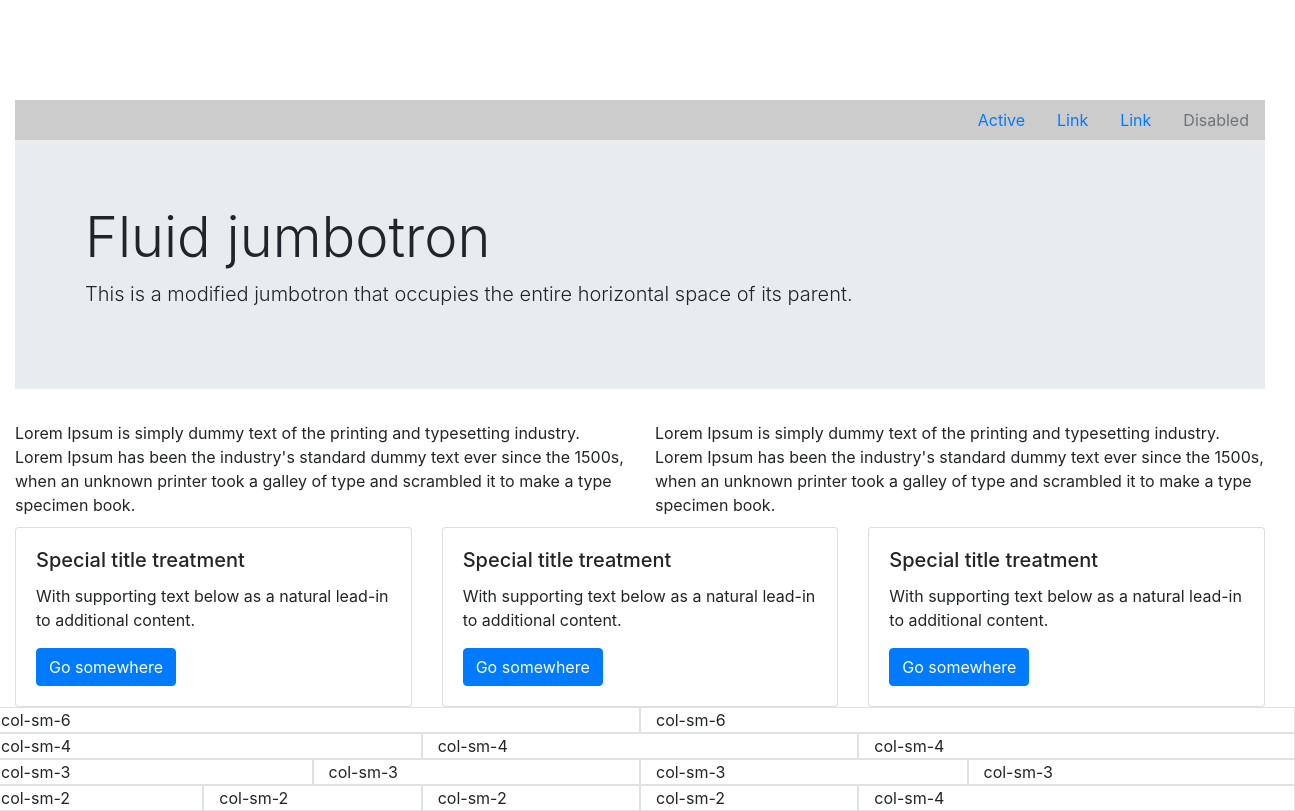
Repository: Green-Technologies-Angular/HTML
Page: index.html
The author's editor kept a copy of each file at every save. The page is drawn from the files as they stood at one save, then again after the next save.
The browser window is 1280 px wide. The page is 1295 px wide, so the pictures cover 1295 px, including what lies to the right of the window. The pictures show the whole page.

Above is the page before, as saved 2019-01-31 10:22:02.

### index.html
<!DOCTYPE html>
<html>

<head>
    <title>Title of the document</title>
    <link rel="stylesheet" href="css/bootstrap.css">
    <link rel="stylesheet" href="css/index.css">
    <style>
        .border {
            border: 1px solid #ccc;
        }

        .bg-nav {
            background: green;
        }
    </style>
    <script>
        localStorage.setItem("name", "tamilsdfsdfsdfsdfmani");
        console.log(localStorage.getItem('name'));
    </script>
</head>

<body>
    <div class="container-fluid">
        <ul class="nav justify-content-end bg-nav" style="background: #ccc;">
            <li class="nav-item">
                <a class="nav-link active" href="#">Active</a>
            </li>
            <li class="nav-item">
                <a class="nav-link" href="#">Link</a>
            </li>
            <li class="nav-item">
                <a class="nav-link" href="#">Link</a>
            </li>
            <li class="nav-item">
                <a class="nav-link disabled" href="#" tabindex="-1" aria-disabled="true">Disabled</a>
            </li>
        </ul>
        <div class="jumbotron jumbotron-fluid">
            <div class="container">
                <h1 class="display-4">Fluid jumbotron</h1>
                <p class="lead">This is a modified jumbotron that occupies the entire horizontal space of its parent.</p>
            </div>
        </div>
        <div class="row">
            <div class="col-xl-6 col-lg-6 col-md-6 col-sm-6">
                Lorem Ipsum is simply dummy text of the printing and typesetting industry. Lorem Ipsum has been the
                industry's standard dummy text ever since the 1500s, when an unknown printer took a galley of type and
                scrambled it to make a type specimen book.
            </div>
            <div class="col-xl-6 col-lg-6 col-md-6 col-sm-6">
                Lorem Ipsum is simply dummy text of the printing and typesetting industry. Lorem Ipsum has been the
                industry's standard dummy text ever since the 1500s, when an unknown printer took a galley of type and
                scrambled it to make a type specimen book.
            </div>
        </div>
        <div class="row" style="padding-top:10px;">
            <div class="col-sm-4">
                <div class="card">
                    <div class="card-body">
                        <h5 class="card-title">Special title treatment</h5>
                        <p class="card-text">With supporting text below as a natural lead-in to additional content.</p>
                        <a href="#" class="btn btn-primary">Go somewhere</a>
                    </div>
                </div>
            </div>
            <div class="col-sm-4">
                <div class="card">
                    <div class="card-body">
                        <h5 class="card-title">Special title treatment</h5>
                        <p class="card-text">With supporting text below as a natural lead-in to additional content.</p>
                        <a href="#" class="btn btn-primary">Go somewhere</a>
                    </div>
                </div>
            </div>
            <div class="col-sm-4">
                <div class="card">
                    <div class="card-body">
                        <h5 class="card-title">Special title treatment</h5>
                        <p class="card-text">With supporting text below as a natural lead-in to additional content.</p>
                        <a href="#" class="btn btn-primary">Go somewhere</a>
                    </div>
                </div>
            </div>
        </div>
    </div>
    <div class="row">
            <div class="col-sm-6 border">col-sm-6</div>
            <div class="col-sm-6 border">col-sm-6</div>
        </div>
        <div class="row">
            <div class="col-sm-4 border">col-sm-4</div>
            <div class="col-sm-4 border">col-sm-4</div>
            <div class="col-sm-4 border">col-sm-4</div>
        </div>
        <div class="row">
            <div class="col-sm-3 border">col-sm-3</div>
            <div class="col-sm-3 border">col-sm-3</div>
            <div class="col-sm-3 border">col-sm-3</div>
            <div class="col-sm-3 border">col-sm-3</div>
        </div>
        <div class="row">
            <div class="col-sm-2 border">col-sm-2</div>
            <div class="col-sm-2 border">col-sm-2</div>
            <div class="col-sm-2 border">col-sm-2</div>
            <div class="col-sm-2 border">col-sm-2</div>
            <div class="col-sm-4 border">col-sm-4</div>
        </div>
    <script src="script/jquery.js"></script>
    <script src="script/popper.js"></script>
    <script src="script/bootstrap.js"></script>
</body>

</html>

### css/index.css
.bg-nav{
    background: red;
}
@media (min-width: 1200px) {
    .bg-nav{
        background: red;
        margin-top:100px;
    }
 }

Loaded but not shown: css/bootstrap.css (library); script/jquery.js (library); script/popper.js (library); script/bootstrap.js (library)

After the next save:
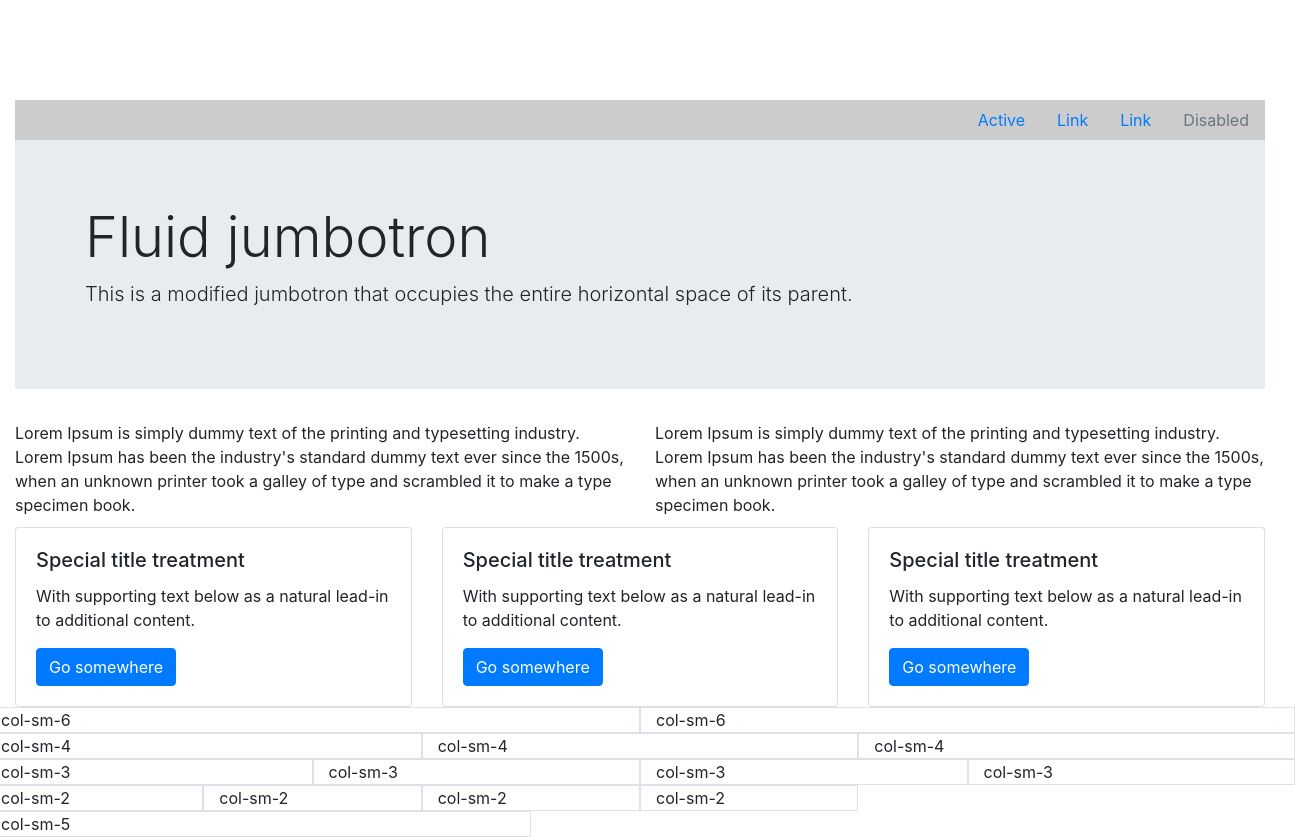
Saved 10 s later.
--- a/index.html
+++ b/index.html
@@ -104,7 +104,7 @@
             <div class="col-sm-2 border">col-sm-2</div>
             <div class="col-sm-2 border">col-sm-2</div>
             <div class="col-sm-2 border">col-sm-2</div>
-            <div class="col-sm-4 border">col-sm-4</div>
+            <div class="col-sm-5 border">col-sm-5</div>
         </div>
     <script src="script/jquery.js"></script>
     <script src="script/popper.js"></script>

After the save that followed:
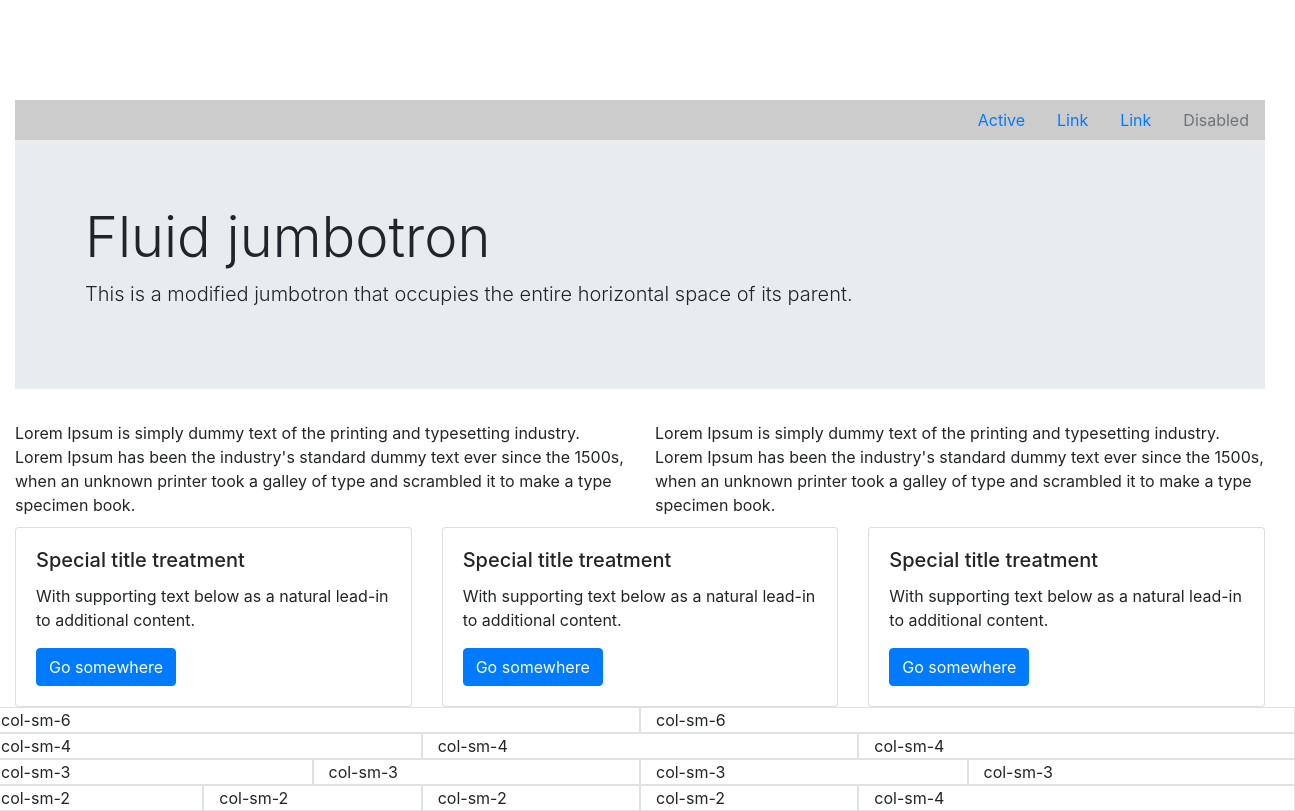
Saved 28 s later.
--- a/index.html
+++ b/index.html
@@ -104,7 +104,7 @@
             <div class="col-sm-2 border">col-sm-2</div>
             <div class="col-sm-2 border">col-sm-2</div>
             <div class="col-sm-2 border">col-sm-2</div>
-            <div class="col-sm-5 border">col-sm-5</div>
+            <div class="col-sm-4 border">col-sm-4</div>
         </div>
     <script src="script/jquery.js"></script>
     <script src="script/popper.js"></script>
